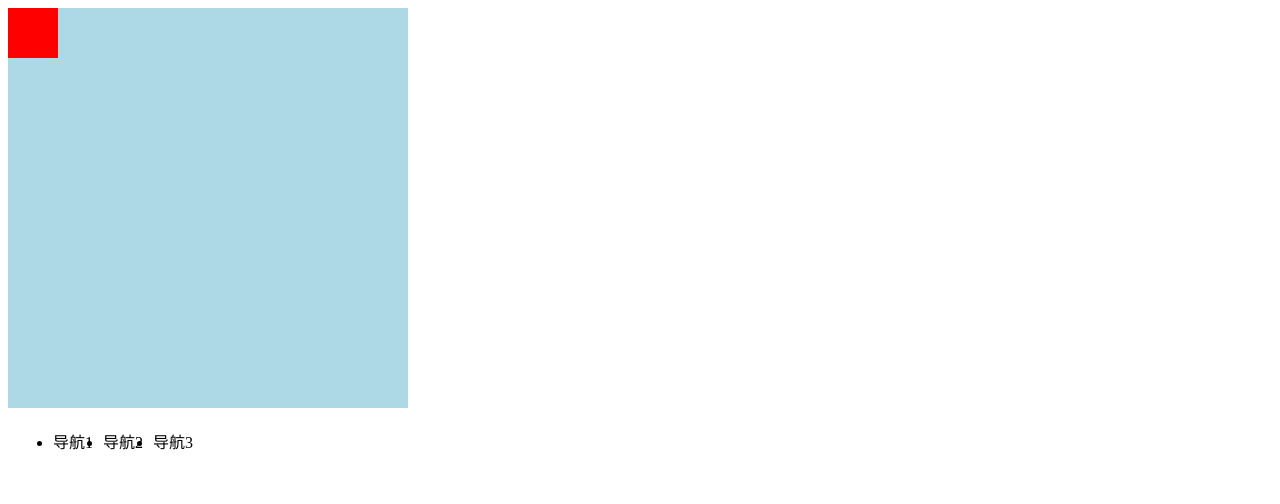
Repository: yuanliumaker/html-css-js
Page: css/float.html
The author's editor kept a copy of each file at every save. The page is drawn from the files as they stood at one save, then again after the next save.
The browser window is 1280 px wide. The pictures show the whole page.

Above is the page before, as saved 2025-08-31 17:22:47.

### css/float.html
<!-- float属性定义元素在哪个方向上浮动,任何元素都可以浮动 方向 left right
 浮动以后元素脱离了文档流 这样解决了文档流比如说两个块之间存在间隙的问题
 当所有元素同时浮动的时候,会变成水平摆放,向左或者向右 应用场景将元素横向摆放-->
 <!DOCTYPE html>
 <html lang="en">
 <head>
    <meta charset="UTF-8">
    <meta name="viewport" content="width=device-width, initial-scale=1.0">
    <title>Document</title>
    <style>
        .box{
            width:50px;
            height:50px;
            float:left; /* left right none  */
            background-color:red;
        }
        .container{
            width:400px;
            height:400px;
            background-color:lightblue;

        }
        li{
            float:left;
            margin:5px;
        }
    </style>
 </head>
 <body>
    <div class="box"></div>
    <div class="container"></div>
    <ul>
        <li>导航1</li>
        <li>导航2</li>
        <li>导航3</li>
    </ul>
 </body>
 </html>

After the next save:
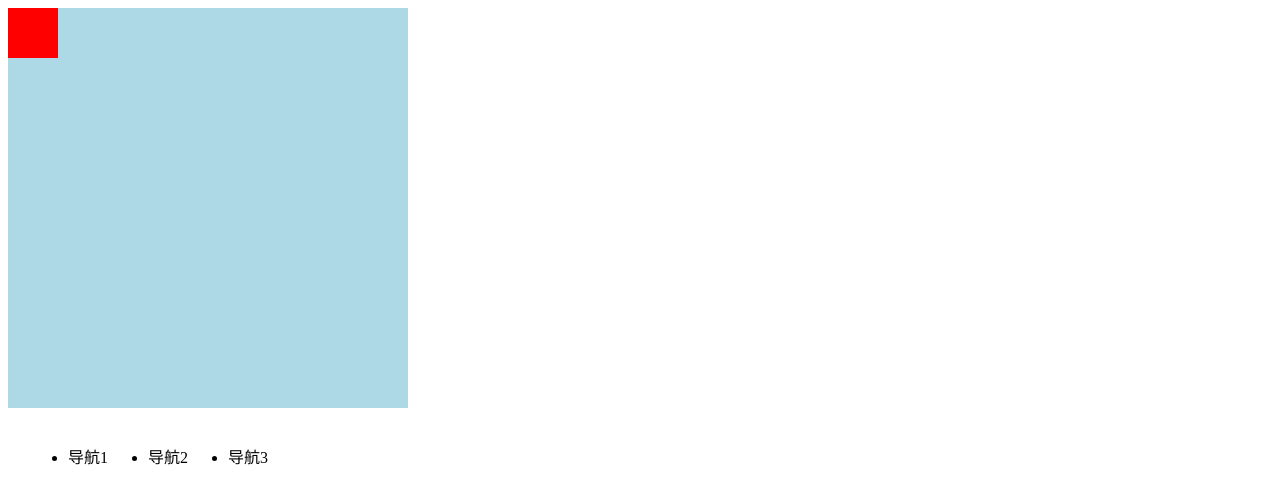
Saved 20 s later.
--- a/css/float.html
+++ b/css/float.html
@@ -22,7 +22,7 @@
         }
         li{
             float:left;
-            margin:5px;
+            margin:20px;
         }
     </style>
  </head>
